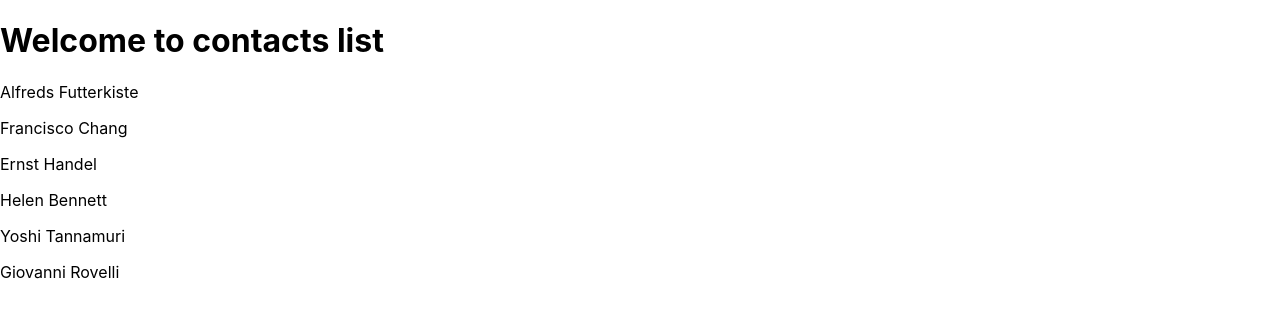
Repository: emorilebo/next-linkedin-training
Page: /contact
An editor plug-in stored every save of this project. The page is shown before and after the next save, followed by the edit.
The browser window is 1280 px wide. The pictures show the whole page.
The project was rebuilt for these pictures with package versions that can differ from the ones it lists, and the page was loaded fresh each time. The framework's server and built-in components were replaced by stand-ins that run in the browser. Also part of the build but not shown: next.config.js.

Above is the page before, as saved 2022-12-26 07:57:25.

After the next save:
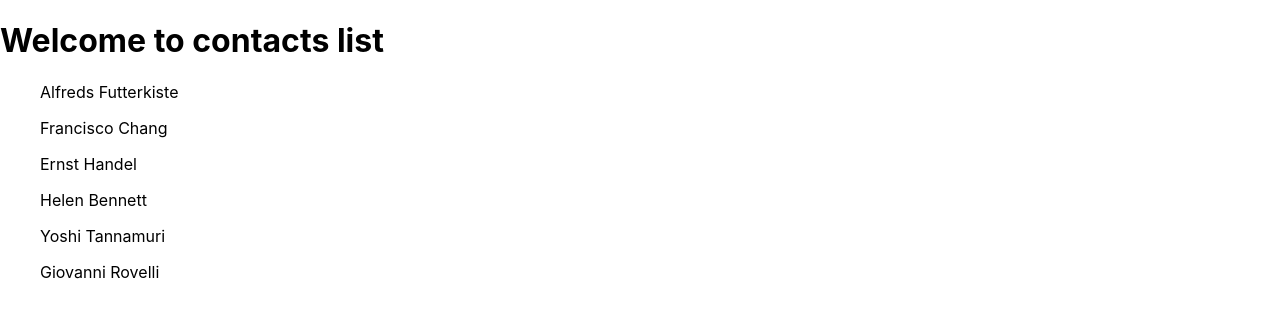
Saved 99 s later.
--- a/pages/contact/index.js
+++ b/pages/contact/index.js
@@ -6,13 +6,13 @@ export default function ContactsList() {
   return (
     <div>
       <h1>Welcome to contacts list</h1>
-      <div>
+      <ul>
         {contacts.map((contact) => (
           <Link href="/contact/alfreds-futterkiste">
             <p>{contact.name}</p>
           </Link>
         ))}
-      </div>
+      </ul>
     </div>
   );
 }
